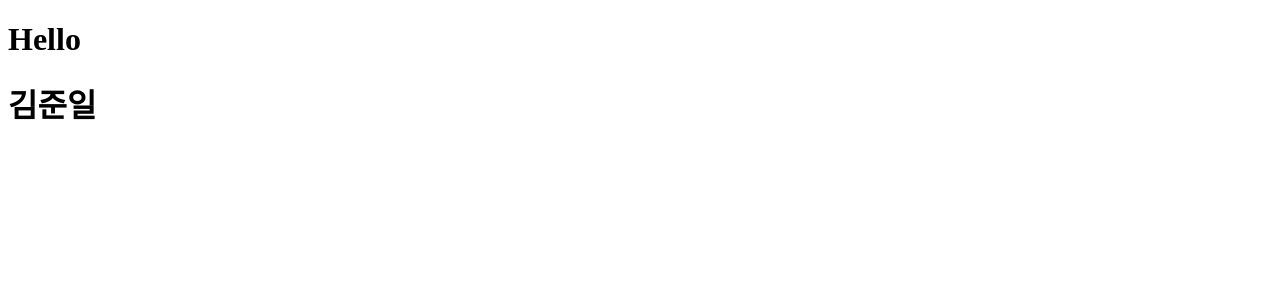
Repository: byeonjichan/korit_back_5_servlet_study
Page: http://localhost/product/hello.jsp
An editor plug-in stored every save of this project. The page is shown before and after the next save, followed by the edit.
The browser window is 1280 px wide. The pictures show the whole page.
The page is served by Tomcat 9. Nobody is signed in. The application's start-up code is not run.

Above is the page before, as saved 2024-02-15 08:08:48.

After the next save:
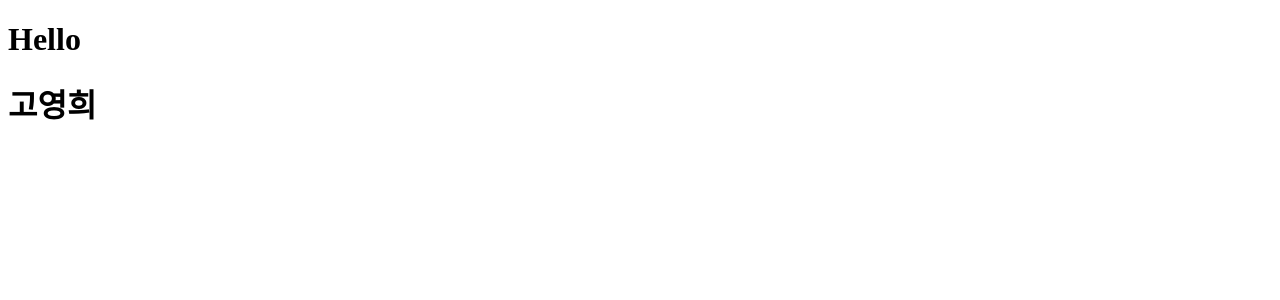
Saved 45 s later.
--- a/product/src/main/webapp/hello.jsp
+++ b/product/src/main/webapp/hello.jsp
@@ -3,7 +3,7 @@
 
 <%
 	// 스크립트릿
-	String name ="김준일";
+	String name ="고영희";
 %>
 <!DOCTYPE html>
 <html>
